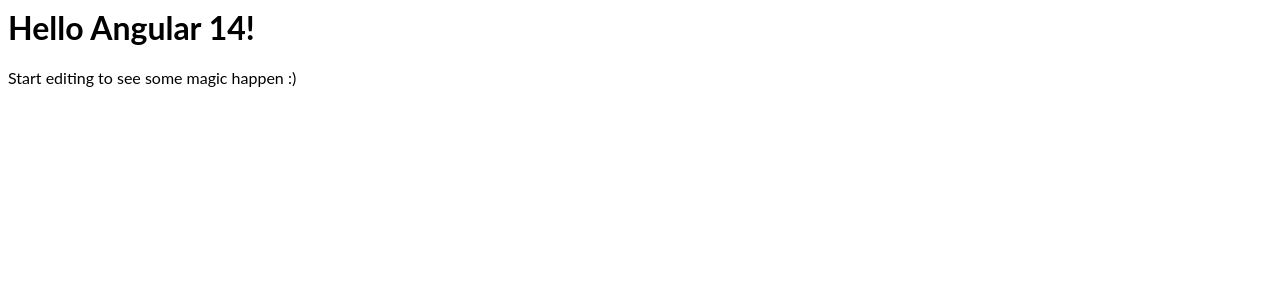
Repository: leduc24/baitap-angular100day
Page: / (app in angular_bai6/)
These files come from the project's save history. The page is drawn as it stood at one moment and after the next save; the edit follows.
The browser window is 1280 px wide. The pictures show the whole page.
The project was rebuilt for these pictures with package versions that can differ from the ones it lists, and the page was loaded fresh each time. Also part of the build but not shown: angular_bai6/angular.json.

Above is the page before, as saved 2022-07-03 15:10:27.

After the next save:
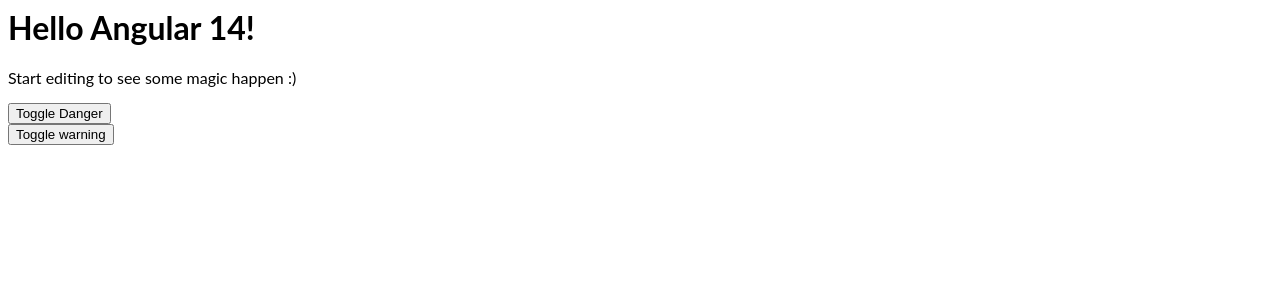
Saved 18 min 7 s later.
--- a/angular_bai6/src/app/app.component.html
+++ b/angular_bai6/src/app/app.component.html
@@ -11,4 +11,7 @@
       Hello! Bài tập Angular_bai6
 </p>
 -->
+<button (click) = "isDanger = !isDanger"> Toggle Danger</button>
+<br>
+<button (click) = "isWarning = !isWarning "> Toggle warning</button>
 <div class = "box red-border yellow-background"></div>
